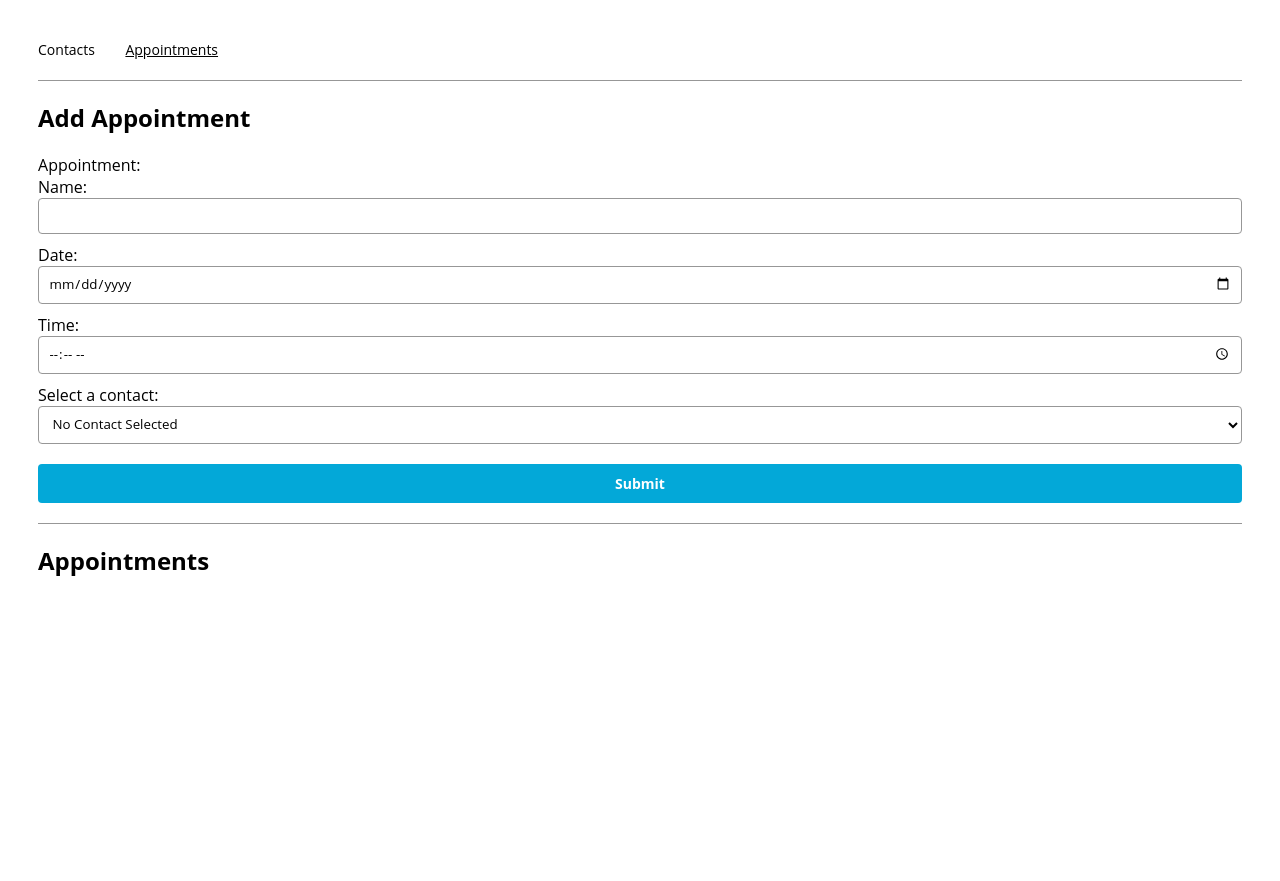
Repository: dnmyers/appointment-planner-v2.0
Page: /appointments
The author's editor kept a copy of each file at every save. The page is drawn from the files as they stood at one save, then again after the next save.
The browser window is 1280 px wide. The pictures show the whole page.
The project was rebuilt for these pictures with package versions that can differ from the ones it lists, and the page was loaded fresh each time. Also part of the build but not shown: vite.config.js, src/components/contactForm/ContactForm.jsx, src/containers/contactsPage/ContactsPage.jsx.

Above is the page before, as saved 2023-08-14 23:59:19.

After the next save:
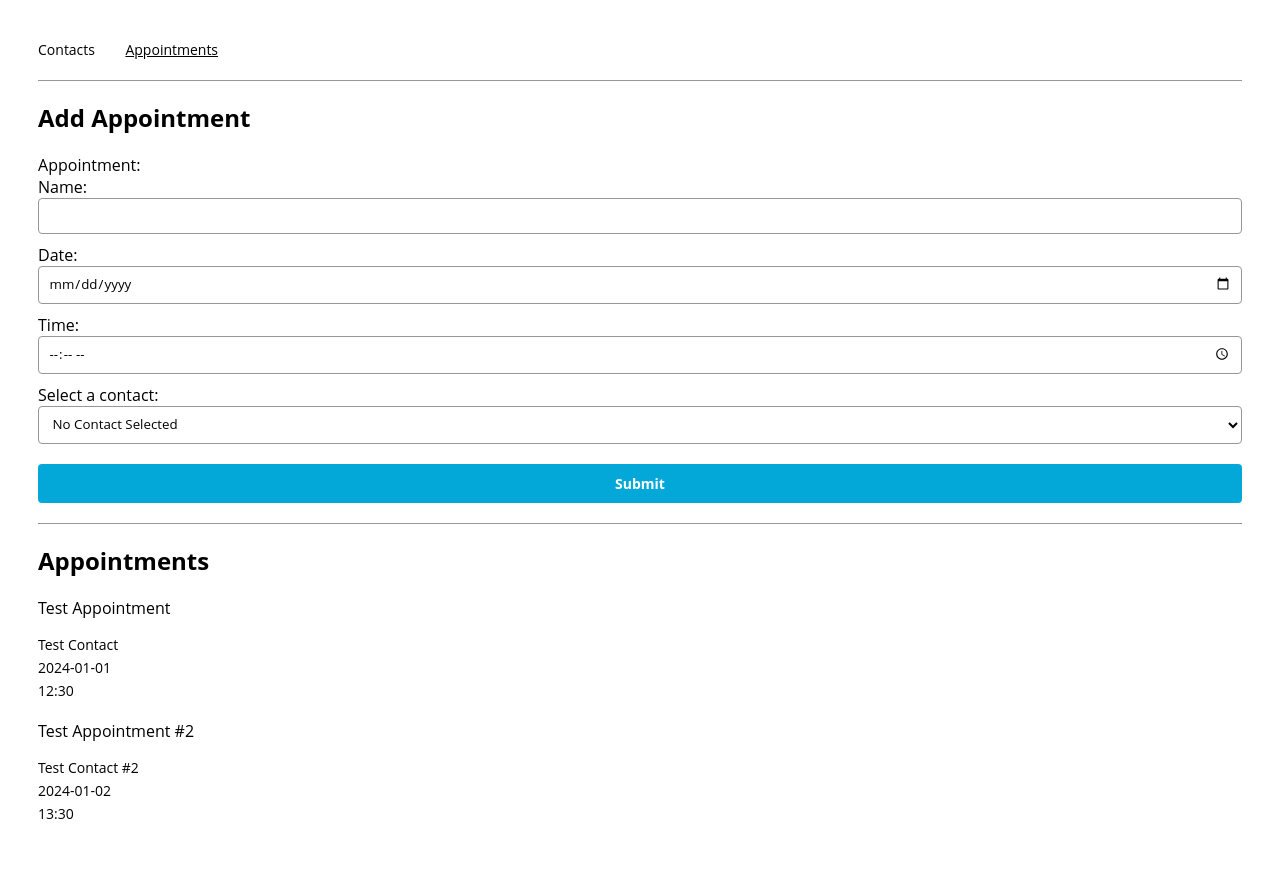
Saved 47 s later.
--- a/src/components/tileList/TileList.jsx
+++ b/src/components/tileList/TileList.jsx
@@ -1,7 +1,5 @@
 /* eslint-disable react/prop-types */
 import { Tile } from '../tile/Tile';
-
-import './TileList.css';
 
 export const TileList = ({ contacts, appointments }) => {
     const data = contacts ? contacts : appointments;
